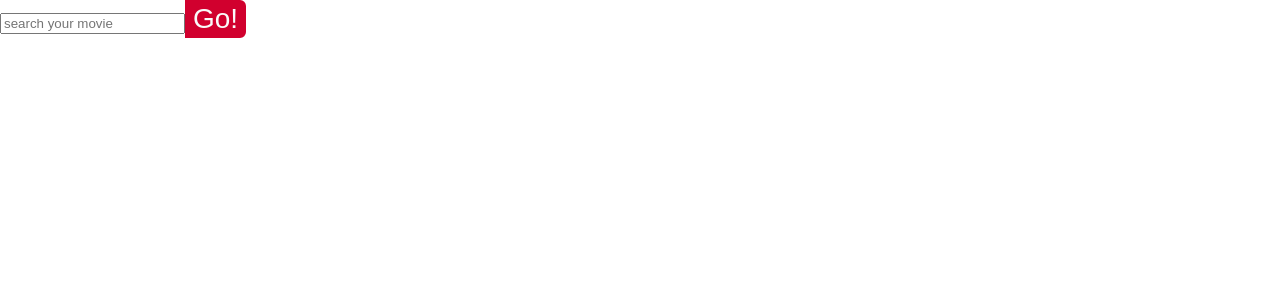
Repository: runner855/movies-app
Page: /
An editor plug-in stored every save of this project. The page is shown before and after the next save, followed by the edit.
The browser window is 1280 px wide. The pictures show the whole page.
The project was rebuilt for these pictures with package versions that can differ from the ones it lists, and the page was loaded fresh each time.

Above is the page before, as saved 2021-06-19 11:48:25.

### src/index.js
import React from "react";
import ReactDOM from "react-dom";
import "./styles/index.css";
import { BrowserRouter } from "react-router-dom";

import App from "./components/App";
import data from "./data/data.json";

ReactDOM.render(
  <React.StrictMode>
    <BrowserRouter>
      <App data={data} />
    </BrowserRouter>
  </React.StrictMode>,
  document.getElementById("root")
);

### src/styles/index.css
@font-face {
  font-family: "BebasNeue";
  src: url("../fonts/BebasNeue.otf") format("otf");
}
* {
  box-sizing: border-box;
}

body {
  margin: 0;
  padding: 0;
  font-family: "BebasNeue", sans-serif;
  /* background-color: #000; */
}

### src/components/App.js
import React from "react";
import data from "../data/data.json";
import "../styles/App.css";

const people = [
  "Siri",
  "Alexa",
  "Google",
  "Facebook",
  "Twitter",
  "Linkedin",
  "Sinkedin",
];
function App() {
  const [searchTerm, setSearchTerm] = React.useState();
  const [searchResults, setSearchResults] = React.useState([]);
  const handleChange = (e) => {
    setSearchTerm(e.target.value);
  };
  React.useEffect(() => {
    const results = data.filter((person) =>
      person.Title.toLowerCase().includes(searchTerm)
    );
    setSearchResults(results);
  }, [searchTerm]);
  return (
    <div className="App">
      <form className="search-form">
        <input
          placeholder="search your movie"
          className="search-input"
          type="text"
          value={searchTerm}
          onChange={handleChange}
        />

        <button className="search-btn" type="submit">
          Go!
        </button>
      </form>

      <div className="container"></div>
      <ul>
        {searchResults.map((item) => (
          <li>
            <img src={item.Poster} alt="img"></img>
          </li>
        ))}
      </ul>
    </div>
  );
}

export default App;

### src/data/data.json
[
  {
    "Title": "Avatar",
    "Year": "2009",
    "Rated": "PG-13",
    "Released": "18 Dec 2009",
    "Runtime": "162 min",
    "Genre": "Action, Adventure, Fantasy",
    "Director": "James Cameron",
    "Writer": "James Cameron",
    "Actors": "Sam Worthington, Zoe Saldana, Sigourney Weaver, Stephen Lang",
    "Plot": "A paraplegic marine dispatched to the moon Pandora on a unique mission becomes torn between following his orders and protecting the world he feels is his home.",
    "Language": "English, Spanish",
    "Country": "USA, UK",
    "Awards": "Won 3 Oscars. Another 80 wins & 121 nominations.",
    "Poster": "https://lumiere-a.akamaihd.net/v1/images/avatar_800x1200_208c9665.jpeg?region=0%2C0%2C800%2C1200",
    "Metascore": "83",
    "imdbRating": "7.9",
    "imdbVotes": "890,617",
    "imdbID": "tt0499549",
    "Type": "movie",
    "Response": "True",
    "Images": [
      "https://images-na.ssl-images-amazon.com/images/M/MV5BMjEyOTYyMzUxNl5BMl5BanBnXkFtZTcwNTg0MTUzNA@@._V1_SX1500_CR0,0,1500,999_AL_.jpg",
      "https://images-na.ssl-images-amazon.com/images/M/MV5BNzM2MDk3MTcyMV5BMl5BanBnXkFtZTcwNjg0MTUzNA@@._V1_SX1777_CR0,0,1777,999_AL_.jpg",
      "https://images-na.ssl-images-amazon.com/images/M/MV5BMTY2ODQ3NjMyMl5BMl5BanBnXkFtZTcwODg0MTUzNA@@._V1_SX1777_CR0,0,1777,999_AL_.jpg",
      "https://images-na.ssl-images-amazon.com/images/M/MV5BMTMxOTEwNDcxN15BMl5BanBnXkFtZTcwOTg0MTUzNA@@._V1_SX1777_CR0,0,1777,999_AL_.jpg",
      "https://images-na.ssl-images-amazon.com/images/M/MV5BMTYxMDg1Nzk1MV5BMl5BanBnXkFtZTcwMDk0MTUzNA@@._V1_SX1500_CR0,0,1500,999_AL_.jpg"
    ]
  },
  {
    "Title": "I Am Legend",
    "Year": "2007",
    "Rated": "PG-13",
    "Released": "14 Dec 2007",
    "Runtime": "101 min",
    "Genre": "Drama, Horror, Sci-Fi",
    "Director": "Francis Lawrence",
    "Writer": "Mark Protosevich (screenplay), Akiva Goldsman (screenplay), Richard Matheson (novel), John William Corrington, Joyce Hooper Corrington",
    "Actors": "Will Smith, Alice Braga, Charlie Tahan, Salli Richardson-Whitfield",
    "Plot": "Years after a plague kills most of humanity and transforms the rest into monsters, the sole survivor in New York City struggles valiantly to find a cure.",
    "Language": "English",
    "Country": "USA",
    "Awards": "9 wins & 21 nominations.",
    "Poster": "https://m.media-amazon.com/images/M/MV5BNWNlNzI2MzgtYmJiYS00YjljLTk0ZGQtZDM3NjU4YjNmMjdiXkEyXkFqcGdeQXVyNTIzOTk5ODM@._V1_.jpg",
    "Metascore": "65",
    "imdbRating": "7.2",
    "imdbVotes": "533,874",
    "imdbID": "tt0480249",
    "Type": "movie",
    "Response": "True",
    "Images": [
      "https://images-na.ssl-images-amazon.com/images/M/MV5BMTI0NTI4NjE3NV5BMl5BanBnXkFtZTYwMDA0Nzc4._V1_.jpg",
      "https://images-na.ssl-images-amazon.com/images/M/MV5BMTIwMDg2MDU4M15BMl5BanBnXkFtZTYwMTA0Nzc4._V1_.jpg",
      "https://images-na.ssl-images-amazon.com/images/M/MV5BMTc5MDM1OTU5OV5BMl5BanBnXkFtZTYwMjA0Nzc4._V1_.jpg",
      "https://images-na.ssl-images-amazon.com/images/M/MV5BMTA0MTI2NjMzMzFeQTJeQWpwZ15BbWU2MDMwNDc3OA@@._V1_.jpg"
    ]
  },
  {
    "Title": "300",
    "Year": "2006",
    "Rated": "R",
    "Released": "09 Mar 2007",
    "Runtime": "117 min",
    "Genre": "Action, Drama, Fantasy",
    "Director": "Zack Snyder",
    "Writer": "Zack Snyder (screenplay), Kurt Johnstad (screenplay), Michael Gordon (screenplay), Frank Miller (graphic novel), Lynn Varley (graphic novel)",
    "Actors": "Gerard Butler, Lena Headey, Dominic West, David Wenham",
    "Plot": "King Leonidas of Sparta and a force of 300 men fight the Persians at Thermopylae in 480 B.C.",
    "Language": "English",
    "Country": "USA",
    "Awards": "16 wins & 42 nominations.",
    "Poster": "https://m.media-amazon.com/images/M/MV5BNWMxYTZlOTUtZDExMi00YzZmLTkwYTMtZmM2MmRjZmQ3OGY4XkEyXkFqcGdeQXVyMTAwMzUyMzUy._V1_.jpg",
    "Metascore": "52",
    "imdbRating": "7.7",
    "imdbVotes": "611,046",
    "imdbID": "tt0416449",
    "Type": "movie",
    "Response": "True",
    "Images": [
      "https://images-na.ssl-images-amazon.com/images/M/MV5BMTMwNTg5MzMwMV5BMl5BanBnXkFtZTcwMzA2NTIyMw@@._V1_SX1777_CR0,0,1777,937_AL_.jpg",
      "https://images-na.ssl-images-amazon.com/images/M/MV5BMTQwNTgyNTMzNF5BMl5BanBnXkFtZTcwNDA2NTIyMw@@._V1_SX1777_CR0,0,1777,935_AL_.jpg",
      "https://images-na.ssl-images-amazon.com/images/M/MV5BMTc0MjQzOTEwMV5BMl5BanBnXkFtZTcwMzE2NTIyMw@@._V1_SX1777_CR0,0,1777,947_AL_.jpg"
    ]
  },
  {
    "Title": "The Avengers",
    "Year": "2012",
    "Rated": "PG-13",
    "Released": "04 May 2012",
    "Runtime": "143 min",
    "Genre": "Action, Sci-Fi, Thriller",
    "Director": "Joss Whedon",
    "Writer": "Joss Whedon (screenplay), Zak Penn (story), Joss Whedon (story)",
    "Actors": "Robert Downey Jr., Chris Evans, Mark Ruffalo, Chris Hemsworth",
    "Plot": "Earth's mightiest heroes must come together and learn to fight as a team if they are to stop the mischievous Loki and his alien army from enslaving humanity.",
    "Language": "English, Russian",
    "Country": "USA",
    "Awards": "Nominated for 1 Oscar. Another 34 wins & 75 nominations.",
    "Poster": "https://m.media-amazon.com/images/M/MV5BNDYxNjQyMjAtNTdiOS00NGYwLWFmNTAtNThmYjU5ZGI2YTI1XkEyXkFqcGdeQXVyMTMxODk2OTU@._V1_UY1200_CR90,0,630,1200_AL_.jpg",
    "Metascore": "69",
    "imdbRating": "8.1",
    "imdbVotes": "1,003,301",
    "imdbID": "tt0848228",
    "Type": "movie",
    "Response": "True",
    "Images": [
      "https://images-na.ssl-images-amazon.com/images/M/MV5BMTA0NjY0NzE4OTReQTJeQWpwZ15BbWU3MDczODg2Nzc@._V1_SX1777_CR0,0,1777,999_AL_.jpg",
      "https://images-na.ssl-images-amazon.com/images/M/MV5BMjE1MzEzMjcyM15BMl5BanBnXkFtZTcwNDM4ODY3Nw@@._V1_SX1777_CR0,0,1777,999_AL_.jpg",
      "https://images-na.ssl-images-amazon.com/images/M/MV5BMjMwMzM2MTg1M15BMl5BanBnXkFtZTcwNjM4ODY3Nw@@._V1_SX1777_CR0,0,1777,999_AL_.jpg",
      "https://images-na.ssl-images-amazon.com/images/M/MV5BMTQ4NzM2Mjc5MV5BMl5BanBnXkFtZTcwMTkwOTY3Nw@@._V1_SX1777_CR0,0,1777,999_AL_.jpg",
      "https://images-na.ssl-images-amazon.com/images/M/MV5BMTc3MzQ3NjA5N15BMl5BanBnXkFtZTcwMzY5OTY3Nw@@._V1_SX1777_CR0,0,1777,999_AL_.jpg"
    ]
  },
  {
    "Title": "The Wolf of Wall Street",
    "Year": "2013",
    "Rated": "R",
    "Released": "25 Dec 2013",
    "Runtime": "180 min",
    "Genre": "Biography, Comedy, Crime",
    "Director": "Martin Scorsese",
    "Writer": "Terence Winter (screenplay), Jordan Belfort (book)",
    "Actors": "Leonardo DiCaprio, Jonah Hill, Margot Robbie, Matthew McConaughey",
    "Plot": "Based on the true story of Jordan Belfort, from his rise to a wealthy stock-broker living the high life to his fall involving crime, corruption and the federal government.",
    "Language": "English, French",
    "Country": "USA",
    "Awards": "Nominated for 5 Oscars. Another 35 wins & 154 nominations.",
    "Poster": "https://m.media-amazon.com/images/I/51tjFmNBV+L._AC_.jpg",
    "Metascore": "75",
    "imdbRating": "8.2",
    "imdbVotes": "786,985",
    "imdbID": "tt0993846",
    "Type": "movie",
    "Response": "True",
    "Images": [
      "https://images-na.ssl-images-amazon.com/images/M/MV5BNDIwMDIxNzk3Ml5BMl5BanBnXkFtZTgwMTg0MzQ4MDE@._V1_SX1500_CR0,0,1500,999_AL_.jpg",
      "https://images-na.ssl-images-amazon.com/images/M/MV5BMTc0NzAxODAyMl5BMl5BanBnXkFtZTgwMDg0MzQ4MDE@._V1_SX1500_CR0,0,1500,999_AL_.jpg",
      "https://images-na.ssl-images-amazon.com/images/M/MV5BMTExMDk1MDE4NzVeQTJeQWpwZ15BbWU4MDM4NDM0ODAx._V1_SX1500_CR0,0,1500,999_AL_.jpg",
      "https://images-na.ssl-images-amazon.com/images/M/MV5BMTg3MTY4NDk4Nl5BMl5BanBnXkFtZTgwNjc0MzQ4MDE@._V1_SX1500_CR0,0,1500,999_AL_.jpg",
      "https://images-na.ssl-images-amazon.com/images/M/MV5BMTgzMTg4MDI0Ml5BMl5BanBnXkFtZTgwOTY0MzQ4MDE@._V1_SY1000_CR0,0,1553,1000_AL_.jpg"
    ]
  },
  {
    "Title": "Interstellar",
    "Year": "2014",
    "Rated": "PG-13",
    "Released": "07 Nov 2014",
    "Runtime": "169 min",
    "Genre": "Adventure, Drama, Sci-Fi",
    "Director": "Christopher Nolan",
    "Writer": "Jonathan Nolan, Christopher Nolan",
    "Actors": "Ellen Burstyn, Matthew McConaughey, Mackenzie Foy, John Lithgow",
    "Plot": "A team of explorers travel through a wormhole in space in an attempt to ensure humanity's survival.",
    "Language": "English",
    "Country": "USA, UK",
    "Awards": "Won 1 Oscar. Another 39 wins & 134 nominations.",
    "Poster": "https://m.media-amazon.com/images/M/MV5BZjdkOTU3MDktN2IxOS00OGEyLWFmMjktY2FiMmZkNWIyODZiXkEyXkFqcGdeQXVyMTMxODk2OTU@._V1_.jpg",
    "Metascore": "74",
    "imdbRating": "8.6",
    "imdbVotes": "937,412",
    "imdbID": "tt0816692",
    "Type": "movie",
    "Response": "True",
    "Images": [
      "https://images-na.ssl-images-amazon.com/images/M/MV5BMjA3NTEwOTMxMV5BMl5BanBnXkFtZTgwMjMyODgxMzE@._V1_SX1500_CR0,0,1500,999_AL_.jpg",
      "https://images-na.ssl-images-amazon.com/images/M/MV5BMzQ5ODE2MzEwM15BMl5BanBnXkFtZTgwMTMyODgxMzE@._V1_SX1500_CR0,0,1500,999_AL_.jpg",
      "https://images-na.ssl-images-amazon.com/images/M/MV5BMTg4Njk4MzY0Nl5BMl5BanBnXkFtZTgwMzIyODgxMzE@._V1_SX1500_CR0,0,1500,999_AL_.jpg",
      "https://images-na.ssl-images-amazon.com/images/M/MV5BMzE3MTM0MTc3Ml5BMl5BanBnXkFtZTgwMDIyODgxMzE@._V1_SX1500_CR0,0,1500,999_AL_.jpg",
      "https://images-na.ssl-images-amazon.com/images/M/MV5BNjYzNjE2NDk3N15BMl5BanBnXkFtZTgwNzEyODgxMzE@._V1_SX1500_CR0,0,1500,999_AL_.jpg"
    ]
  },
  {
    "ComingSoon": true,
    "Title": "Doctor Strange",
    "Year": "2016",
    "Rated": "N/A",
    "Released": "04 Nov 2016",
    "Runtime": "N/A",
    "Genre": "Action, Adventure, Fantasy",
    "Director": "Scott Derrickson",
    "Writer": "Scott Derrickson (screenplay), C. Robert Cargill (screenplay), Jon Spaihts (story by), Scott Derrickson (story by), C. Robert Cargill (story by), Steve Ditko (comic book)",
    "Actors": "Rachel McAdams, Benedict Cumberbatch, Mads Mikkelsen, Tilda Swinton",
    "Plot": "After his career is destroyed, a brilliant but arrogant and conceited surgeon gets a new lease on life when a sorcerer takes him under her wing and trains him to defend the world against evil.",
    "Language": "English",
    "Country": "USA",
    "Awards": "N/A",
    "Poster": "https://m.media-amazon.com/images/M/MV5BNjgwNzAzNjk1Nl5BMl5BanBnXkFtZTgwMzQ2NjI1OTE@._V1_.jpg",
    "Metascore": "N/A",
    "imdbRating": "N/A",
    "imdbVotes": "N/A",
    "imdbID": "tt1211837",
    "Type": "movie",
    "Response": "True",
    "Images": [
      "https://images-na.ssl-images-amazon.com/images/M/MV5BMjM3ODc1ODI5Ml5BMl5BanBnXkFtZTgwODMzMDY3OTE@._V1_.jpg",
      "https://images-na.ssl-images-amazon.com/images/M/MV5BMTgxNTAyNTU0NV5BMl5BanBnXkFtZTgwNzMzMDY3OTE@._V1_.jpg",
      "https://images-na.ssl-images-amazon.com/images/M/MV5BMjE5NDc5NzUwNV5BMl5BanBnXkFtZTgwMDM3MDM2NzE@._V1_.jpg"
    ]
  },
  {
    "ComingSoon": true,
    "Title": "Rogue One: A Star Wars Story",
    "Year": "2016",
    "Rated": "N/A",
    "Released": "16 Dec 2016",
    "Runtime": "N/A",
    "Genre": "Action, Adventure, Sci-Fi",
    "Director": "Gareth Edwards",
    "Writer": "Chris Weitz (screenplay), Tony Gilroy (screenplay), John Knoll (story), Gary Whitta (story), George Lucas (characters)",
    "Actors": "Felicity Jones, Riz Ahmed, Mads Mikkelsen, Ben Mendelsohn",
    "Plot": "The Rebellion makes a risky move to steal the plans to the Death Star, setting up the epic saga to follow.",
    "Language": "English",
    "Country": "USA",
    "Awards": "1 nomination.",
    "Poster": "https://images-na.ssl-images-amazon.com/images/M/MV5BMjQyMzI2OTA3OF5BMl5BanBnXkFtZTgwNDg5NjQ0OTE@._V1_SY1000_CR0,0,674,1000_AL_.jpg",
    "Metascore": "N/A",
    "imdbRating": "N/A",
    "imdbVotes": "N/A",
    "imdbID": "tt3748528",
    "Type": "movie",
    "Response": "True",
    "Images": [
      "https://images-na.ssl-images-amazon.com/images/M/MV5BMjE3MzA4Nzk3NV5BMl5BanBnXkFtZTgwNjAxMTc1ODE@._V1_SX1777_CR0,0,1777,744_AL_.jpg",
      "https://images-na.ssl-images-amazon.com/images/M/MV5BNDMxMTQzMjQxM15BMl5BanBnXkFtZTgwNzAxMTc1ODE@._V1_SX1777_CR0,0,1777,744_AL_.jpg",
      "https://images-na.ssl-images-amazon.com/images/M/MV5BMTUyNjkxOTk5NV5BMl5BanBnXkFtZTgwODAxMTc1ODE@._V1_SX1777_CR0,0,1777,744_AL_.jpg",
      "https://images-na.ssl-images-amazon.com/images/M/MV5BNjM4MzExNDAyNl5BMl5BanBnXkFtZTgwOTAxMTc1ODE@._V1_SX1777_CR0,0,1777,744_AL_.jpg",
      "https://images-na.ssl-images-amazon.com/images/M/MV5BMjE3NTgxMDcyNV5BMl5BanBnXkFtZTgwMDExMTc1ODE@._V1_SX1777_CR0,0,1777,744_AL_.jpg"
    ]
  },
  {
    "ComingSoon": true,
    "Title": "Assassin's Creed",
    "Year": "2016",
    "Rated": "N/A",
    "Released": "21 Dec 2016",
    "Runtime": "N/A",
    "Genre": "Action, Adventure, Fantasy",
    "Director": "Justin Kurzel",
    "Writer": "Bill Collage (screenplay), Adam Cooper (screenplay), Michael Lesslie (screenplay)",
    "Actors": "Michael Fassbender, Michael Kenneth Williams, Marion Cotillard, Jeremy Irons",
    "Plot": "When Callum Lynch explores the memories of his ancestor Aguilar and gains the skills of a Master Assassin, he discovers he is a descendant of the secret Assassins society.",
    "Language": "English",
    "Country": "UK, France, USA, Hong Kong",
    "Awards": "N/A",
    "Poster": "https://m.media-amazon.com/images/M/MV5BNzE1OTczNTc1OF5BMl5BanBnXkFtZTgwMzgyMDI3MDI@._V1_.jpg",
    "Metascore": "N/A",
    "imdbRating": "N/A",
    "imdbVotes": "N/A",
    "imdbID": "tt2094766",
    "Type": "movie",
    "Response": "True",
    "Images": [
      "https://images-na.ssl-images-amazon.com/images/M/MV5BN2EyYzgyOWEtNTY2NS00NjRjLWJiNDYtMWViMjg5MWZjYjgzXkEyXkFqcGdeQXVyNjUwNzk3NDc@._V1_.jpg",
      "https://images-na.ssl-images-amazon.com/images/M/MV5BMTYwOWYzOTctOTc4My00ZmJkLTgzMTctMmUxNDI5ODQzYzNjXkEyXkFqcGdeQXVyNDAyODU1Njc@._V1_SX1500_CR0,0,1500,999_AL_.jpg",
      "https://images-na.ssl-images-amazon.com/images/M/MV5BZTY5ZGUxMTAtYTU0OC00NGQ2LTkzNzgtZGZmNjlmNjY3MGU0XkEyXkFqcGdeQXVyNTY0MTkxMTg@._V1_SY1000_CR0,0,1500,1000_AL_.jpg",
      "https://images-na.ssl-images-amazon.com/images/M/MV5BZjA0MWYwZTEtYzc5Yi00NGM2LTg1YTctNjY2YzQ0NDJhZDAwXkEyXkFqcGdeQXVyNDAyODU1Njc@._V1_SY1000_CR0,0,1499,1000_AL_.jpg"
    ]
  }
]

### src/styles/App.css
/* search form */

.App.search-input {
  width: 350px;
  background: #fff;
  border: 2px solid #d1002e;
  font-size: 28px;
  display: inline-block;
  outline: none;
  border-radius: 6px 0 0 6px;
}

.App.search-input {
  grid-column-start: 1;
  grid-column-end: -1;
}

.App.search-input input {
  width: 100%;
  box-sizing: border-box;
  justify-content: center;
}

.App.search-form {
  display: flex;
  flex-direction: row;
  justify-content: center;
  text-decoration: none;
  margin-bottom: 2em;
}

button.search-btn {
  position: relative;
  border: 2px solid #d1002e;
  background-color: #d1002e;
  color: #fafafa;
  font-size: 28px;
  display: inline-block;
  outline: none;
  border-radius: 0 6px 6px 0;
}

Loaded but not shown: public/index.html (common file)

After the next save:
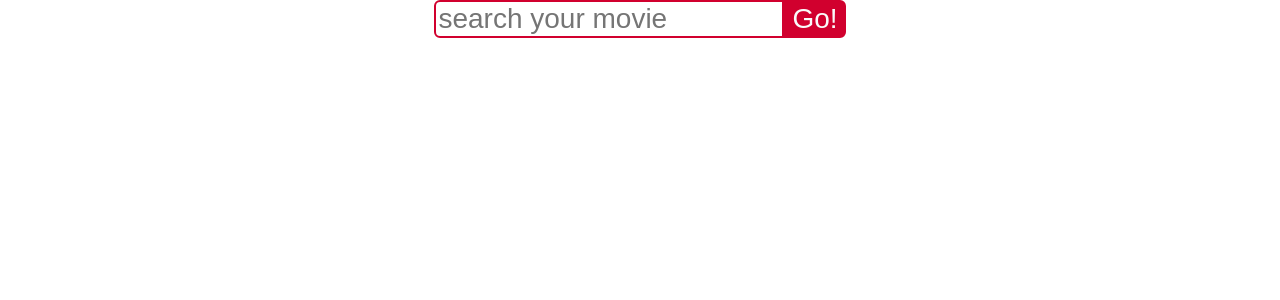
Saved 30 s later.
--- a/src/styles/App.css
+++ b/src/styles/App.css
@@ -1,6 +1,6 @@
 /* search form */
 
-.App.search-input {
+.search-input {
   width: 350px;
   background: #fff;
   border: 2px solid #d1002e;
@@ -10,18 +10,18 @@
   border-radius: 6px 0 0 6px;
 }
 
-.App.search-input {
+.search-input {
   grid-column-start: 1;
   grid-column-end: -1;
 }
 
-.App.search-input input {
+.search-input input {
   width: 100%;
   box-sizing: border-box;
   justify-content: center;
 }
 
-.App.search-form {
+.search-form {
   display: flex;
   flex-direction: row;
   justify-content: center;
@@ -29,7 +29,7 @@
   margin-bottom: 2em;
 }
 
-button.search-btn {
+.search-btn {
   position: relative;
   border: 2px solid #d1002e;
   background-color: #d1002e;
